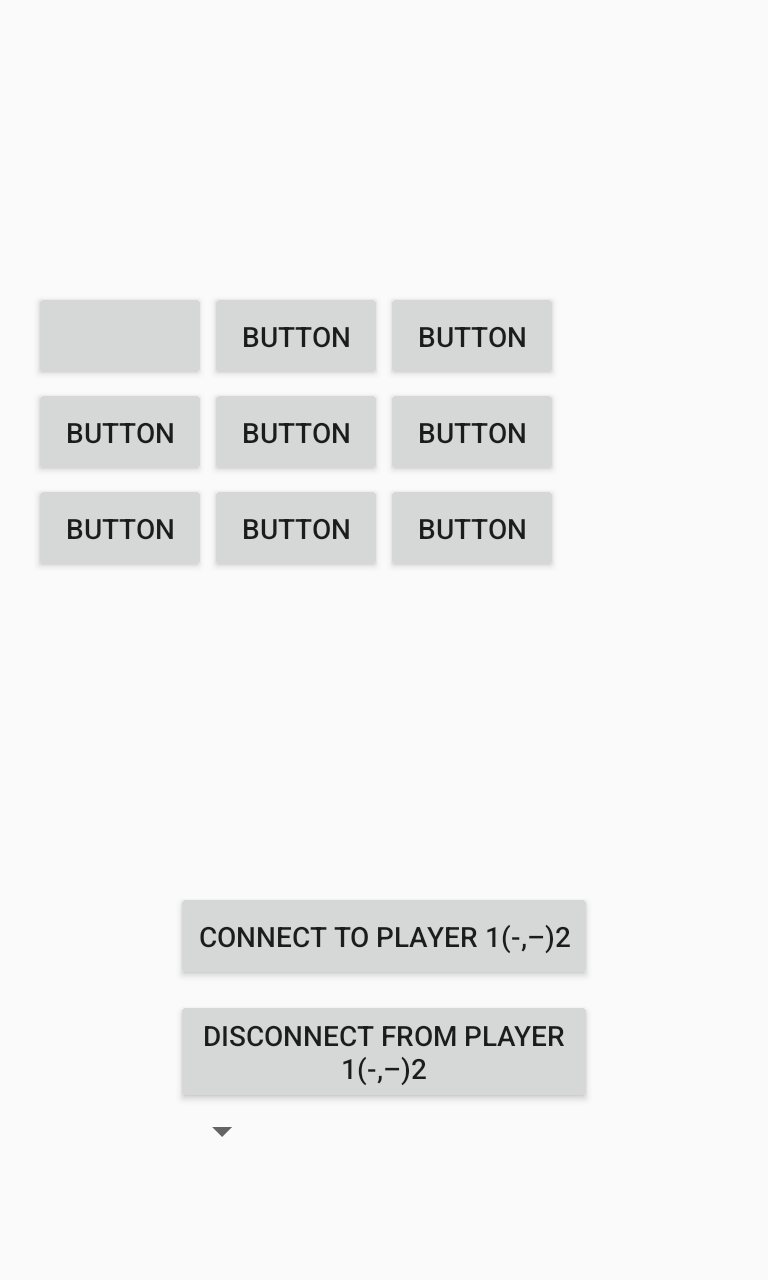
Repository: BananaGames/telecommProject
Layout: client/TelecommClient/res/layout/activity_main.xml
An editor plug-in stored every save of this project. The layout is shown before and after the next save, followed by the edit.
It is drawn on a 768 x 1280 px phone screen (xhdpi) without system bars, with theme AppTheme; the app's code is not run.

Above is the layout before, as saved 2014-11-17 23:47:42.

### client/TelecommClient/res/layout/activity_main.xml
<RelativeLayout xmlns:android="http://schemas.android.com/apk/res/android"
    xmlns:tools="http://schemas.android.com/tools"
    android:layout_width="match_parent"
    android:layout_height="match_parent"
    android:paddingBottom="@dimen/activity_vertical_margin"
    android:paddingLeft="@dimen/activity_horizontal_margin"
    android:paddingRight="@dimen/activity_horizontal_margin"
    android:paddingTop="@dimen/activity_vertical_margin"
    tools:context="com.example.telecommclient.MainActivity" >

    <Button
        android:id="@+id/buttonConnect"
        android:layout_width="wrap_content"
        android:layout_height="wrap_content"
        android:layout_alignParentBottom="true"
        android:layout_centerHorizontal="true"
        android:layout_marginBottom="132dp"
        android:text="@string/connect_string" />

    <Button
        android:id="@+id/button2"
        android:layout_width="wrap_content"
        android:layout_height="wrap_content"
        android:layout_alignLeft="@+id/buttonConnect"
        android:layout_alignRight="@+id/buttonConnect"
        android:layout_alignTop="@+id/buttonConnect"
        android:layout_marginTop="54dp"
        android:text="@string/disconnect_string" />

    <Spinner
        android:id="@+id/spinner1"
        android:layout_width="wrap_content"
        android:layout_height="wrap_content"
        android:layout_alignLeft="@+id/button2"
        android:layout_below="@+id/button2" />

    <TableLayout
        android:layout_width="wrap_content"
        android:layout_height="wrap_content"
        android:layout_above="@+id/buttonConnect"
        android:layout_alignParentLeft="true"
        android:layout_marginBottom="156dp" >

        <TableRow
            android:id="@+id/tableRow1"
            android:layout_width="wrap_content"
            android:layout_height="wrap_content" >

            <Button
                android:id="@+id/buttonTopLeft"
                android:layout_width="wrap_content"
                android:layout_height="wrap_content" />

            <Button
                android:id="@+id/button4"
                android:layout_width="wrap_content"
                android:layout_height="wrap_content"
                android:text="Button" />

            <Button
                android:id="@+id/button5"
                android:layout_width="wrap_content"
                android:layout_height="wrap_content"
                android:text="Button" />

        </TableRow>

        <TableRow
            android:id="@+id/tableRow2"
            android:layout_width="wrap_content"
            android:layout_height="wrap_content" >

            <Button
                android:id="@+id/button6"
                android:layout_width="wrap_content"
                android:layout_height="wrap_content"
                android:text="Button" />

            <Button
                android:id="@+id/button7"
                android:layout_width="wrap_content"
                android:layout_height="wrap_content"
                android:text="Button" />

            <Button
                android:id="@+id/button8"
                android:layout_width="wrap_content"
                android:layout_height="wrap_content"
                android:text="Button" />

        </TableRow>

        <TableRow
            android:id="@+id/tableRow3"
            android:layout_width="wrap_content"
            android:layout_height="wrap_content" >

            <Button
                android:id="@+id/button9"
                android:layout_width="wrap_content"
                android:layout_height="wrap_content"
                android:text="Button" />

            <Button
                android:id="@+id/button10"
                android:layout_width="wrap_content"
                android:layout_height="wrap_content"
                android:text="Button" />

            <Button
                android:id="@+id/button11"
                android:layout_width="wrap_content"
                android:layout_height="wrap_content"
                android:text="Button" />

        </TableRow>
    </TableLayout>

</RelativeLayout>

### client/TelecommClient/res/values/strings.xml
<?xml version="1.0" encoding="utf-8"?>
<resources>

    <string name="app_name">TelecommClient</string>
    <string name="hello_world">Hello world!</string>
    <string name="action_settings">Settings</string>
    <string name="connect_string">Connect to Player 1(-,&#8211;)2</string>
	<string name="disconnect_string">Disconnect from Player 1(-,&#8211;)2</string>

</resources>

Loaded but not shown: client/TelecommClient/res/values/styles.xml (common file); client/TelecommClient/res/values-v11/styles.xml (common file); client/TelecommClient/res/values-v14/styles.xml (common file); client/TelecommClient/res/values/dimens.xml (common file); client/TelecommClient/res/values-w820dp/dimens.xml (common file)

After the next save:
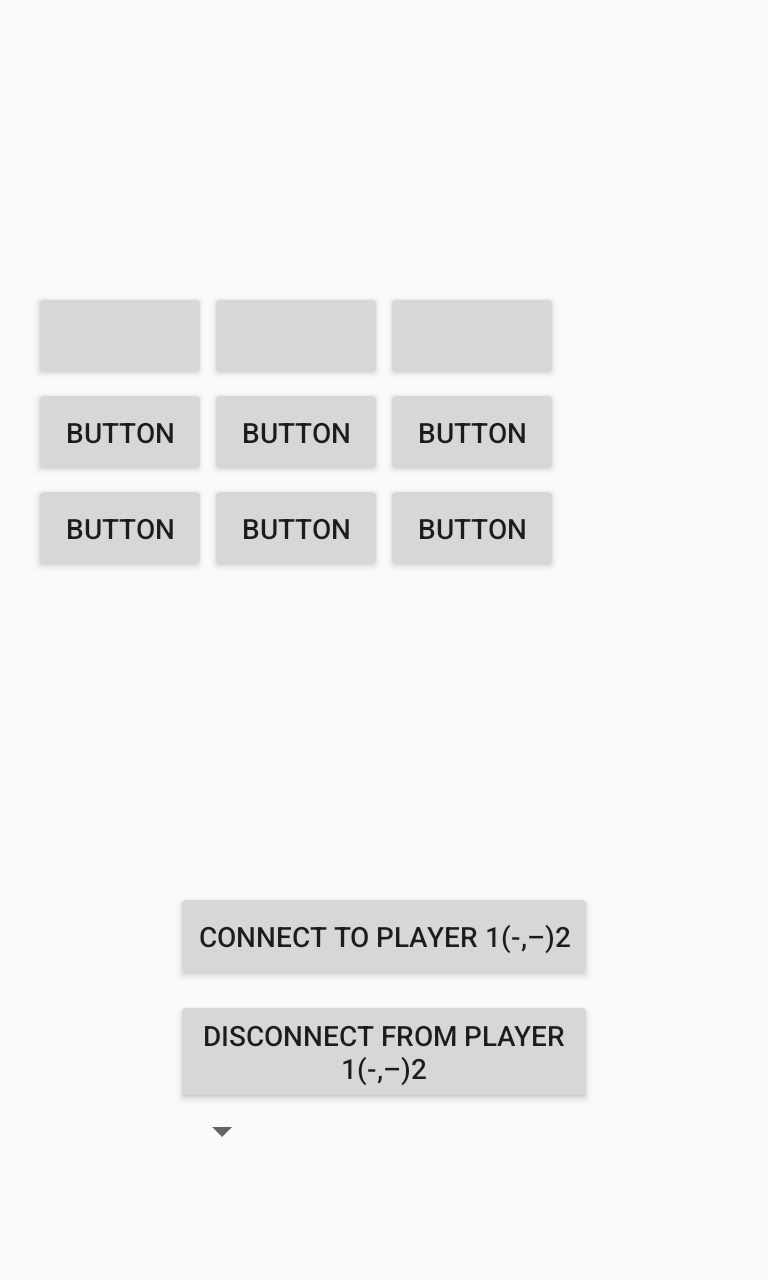
Saved 19 s later.
--- a/client/TelecommClient/res/layout/activity_main.xml
+++ b/client/TelecommClient/res/layout/activity_main.xml
@@ -54,14 +54,12 @@
             <Button
                 android:id="@+id/button4"
                 android:layout_width="wrap_content"
-                android:layout_height="wrap_content"
-                android:text="Button" />
+                android:layout_height="wrap_content" />
 
             <Button
                 android:id="@+id/button5"
                 android:layout_width="wrap_content"
-                android:layout_height="wrap_content"
-                android:text="Button" />
+                android:layout_height="wrap_content" />
 
         </TableRow>
 
